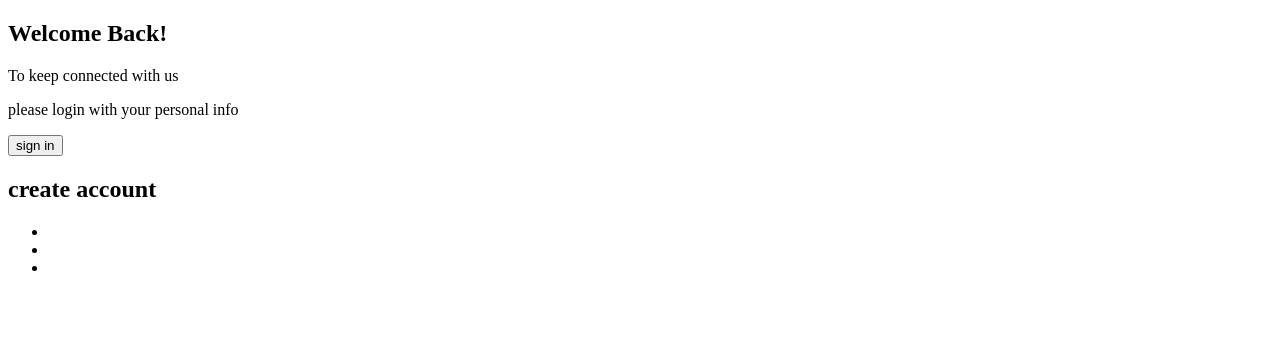
Repository: Gcodeco/ii9Telecom
Page: dist/public/login.html
The author's editor kept a copy of each file at every save. The page is drawn from the files as they stood at one save, then again after the next save.
The browser window is 1280 px wide. The pictures show the whole page.

Above is the page before, as saved 2024-10-29 18:45:40.

After the next save:
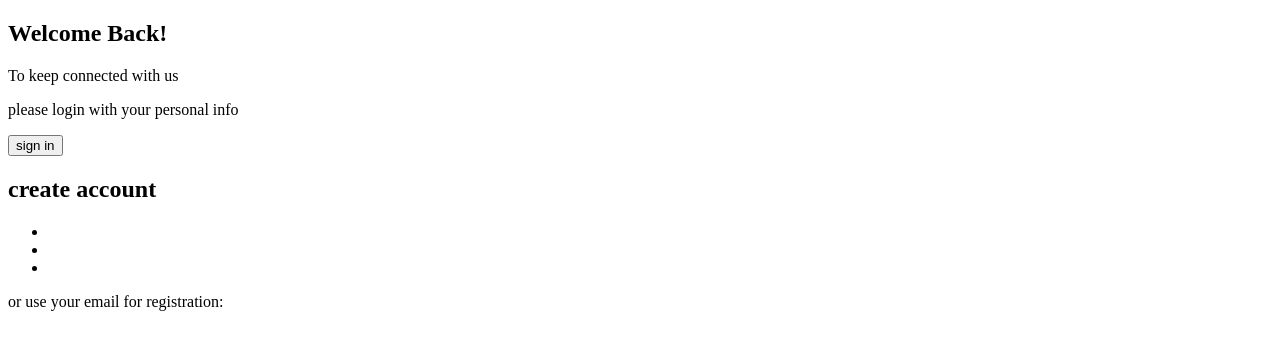
Saved 45 s later.
--- a/dist/public/login.html
+++ b/dist/public/login.html
@@ -23,6 +23,7 @@
                     <li class="li"><a href="#linkedIn"></a></li>
                 </ul>
             </div>
+            <p class="description">or use your email for registration: </p>
         </div>
         <div class="content second content"></div>
     </div>
